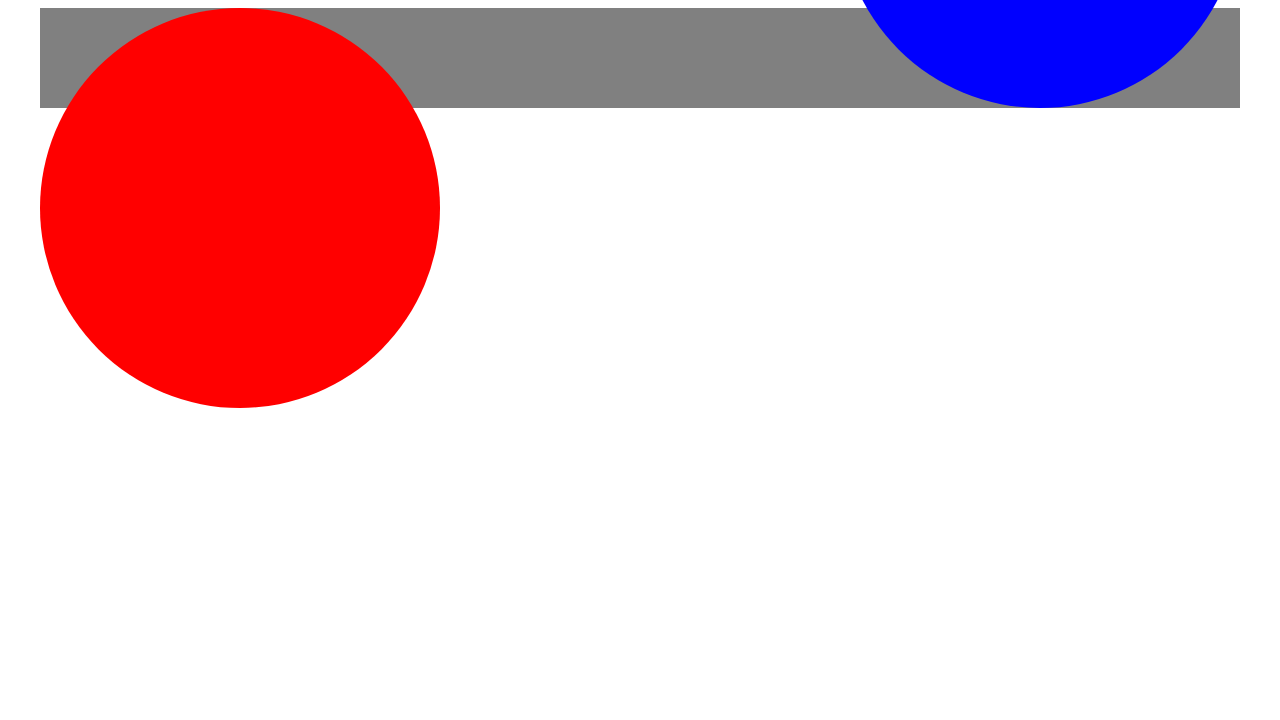
Repository: dovanluyen1996/Test-Git-PR
Page: index.html
An editor plug-in stored every save of this project. The page is shown before and after the next save, followed by the edit.
The browser window is 1280 px wide. The pictures show the whole page.

Above is the page before, as saved 2021-09-06 23:13:41.

After the next save:
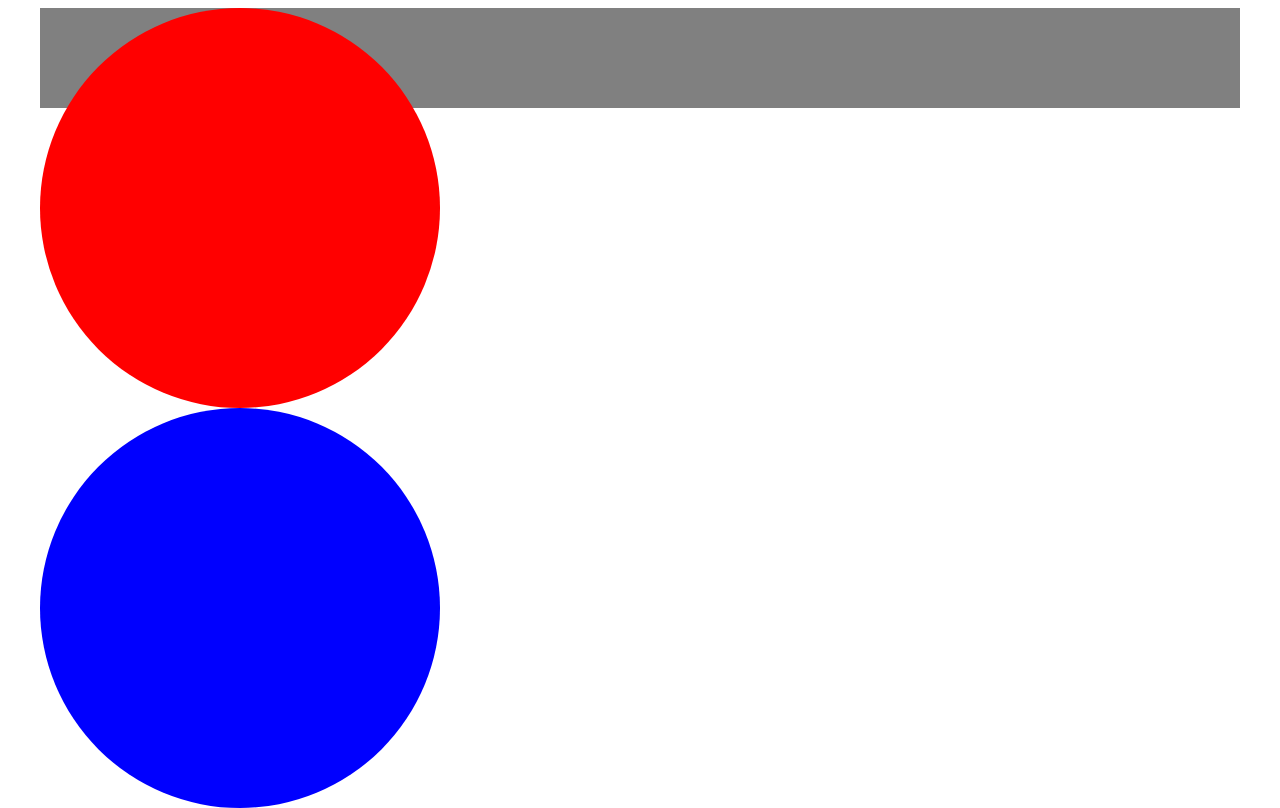
Saved 22 s later.
--- a/css/style.css
+++ b/css/style.css
@@ -8,20 +8,14 @@ body {
   background-color: grey;
 }
 .test1 {
-  position: absolute;
   width: 400px;
   height: 400px;
   background-color: red;
   border-radius: 50%;
-  top: 0;
-  left: 0;
 }
 .test2 {
-  position: absolute;
   width: 400px;
   height: 400px;
   background-color: blue;
   border-radius: 50%;
-  bottom: 0;
-  right: 0;
 }
